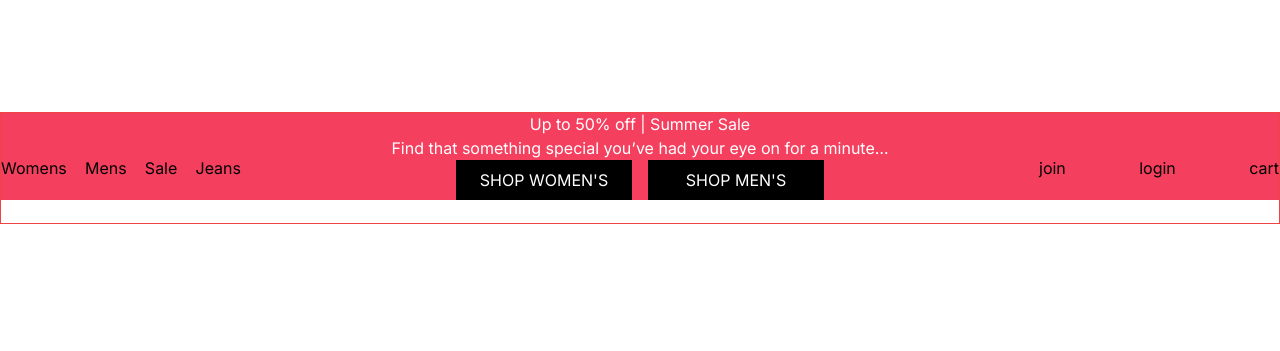
Repository: harrywebb21/stil-clothing
Page: /
The author's editor kept a copy of each file at every save. The page is drawn from the files as they stood at one save, then again after the next save.
The browser window is 1280 px wide. The pictures show the whole page.
The project was rebuilt for these pictures with package versions that can differ from the ones it lists, and the page was loaded fresh each time. The framework's server and built-in components were replaced by stand-ins that run in the browser. Also part of the build but not shown: next.config.js.

Above is the page before, as saved 2023-06-08 16:02:01.

After the next save:
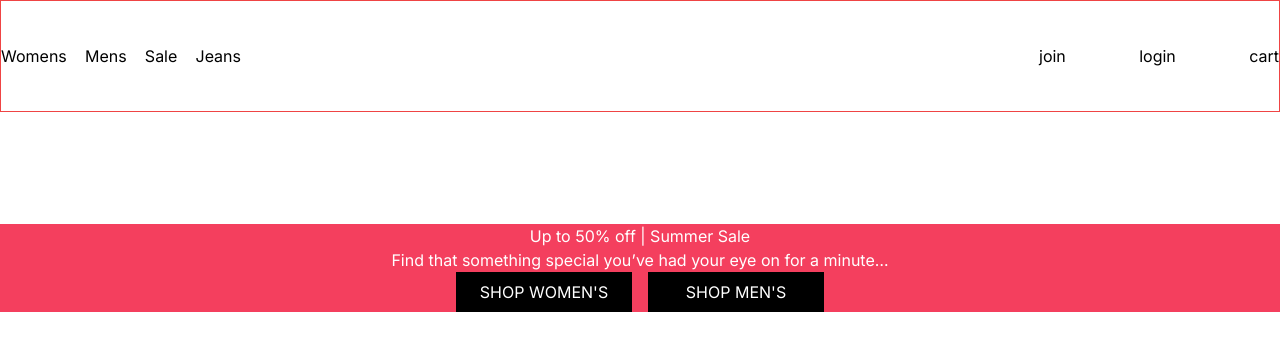
Saved 111 s later.
--- a/src/app/components/Navbar.js
+++ b/src/app/components/Navbar.js
@@ -1,6 +1,6 @@
 export default function Navbar() {
   return (
-    <div className=" border border-red-500 h-28 flex justify-between items-center fixed t-0 l-0 w-screen">
+    <div className=" border border-red-500 h-28 flex justify-between items-center sticky t-0 l-0 w-screen">
       <ul className=" flex justify-between w-60">
         <li>
           <a href="/womens">Womens</a>

After the save that followed:
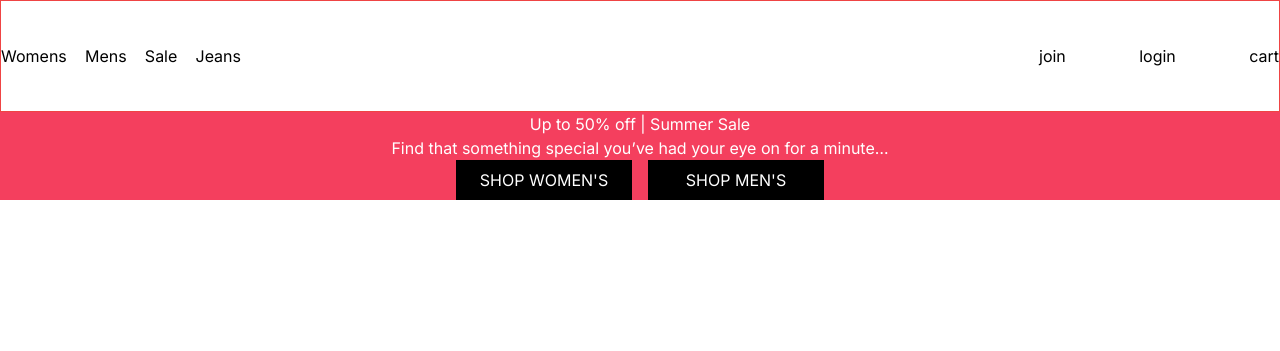
Saved 23 s later.
--- a/src/app/components/SaleBox.js
+++ b/src/app/components/SaleBox.js
@@ -1,6 +1,6 @@
 export default function SaleBox() {
   return (
-    <div className="flex flex-col justify-center items-center w-60 bg-rose-500 text-white w-screen mt-28">
+    <div className="flex flex-col justify-center items-center w-60 bg-rose-500 text-white w-screen ">
       <h1> Up to 50% off | Summer Sale</h1>
       <p>Find that something special you’ve had your eye on for a minute…</p>
       <div className="gap-4 flex">
